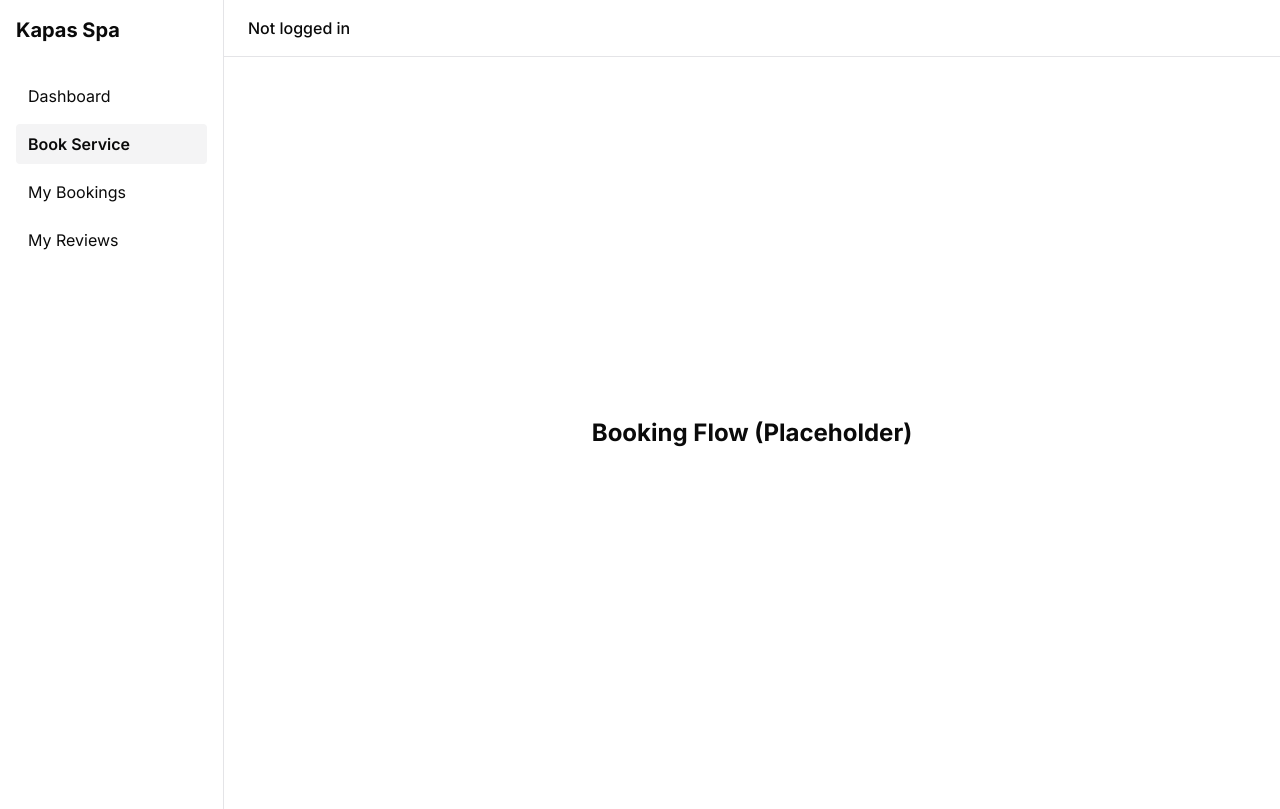
Repository: unatesta175/NextJS-with-OAuth2.0
Page: /booking
An editor plug-in stored every save of this project. The page is shown before and after the next save, followed by the edit.
The browser window is 1280 px wide. The pictures show the whole page.
The project was rebuilt for these pictures with package versions that can differ from the ones it lists, and the page was loaded fresh each time. The framework's server and built-in components were replaced by stand-ins that run in the browser. Also part of the build but not shown: next.config.ts.

Above is the page before, as saved 2025-09-23 04:26:59.

After the next save:
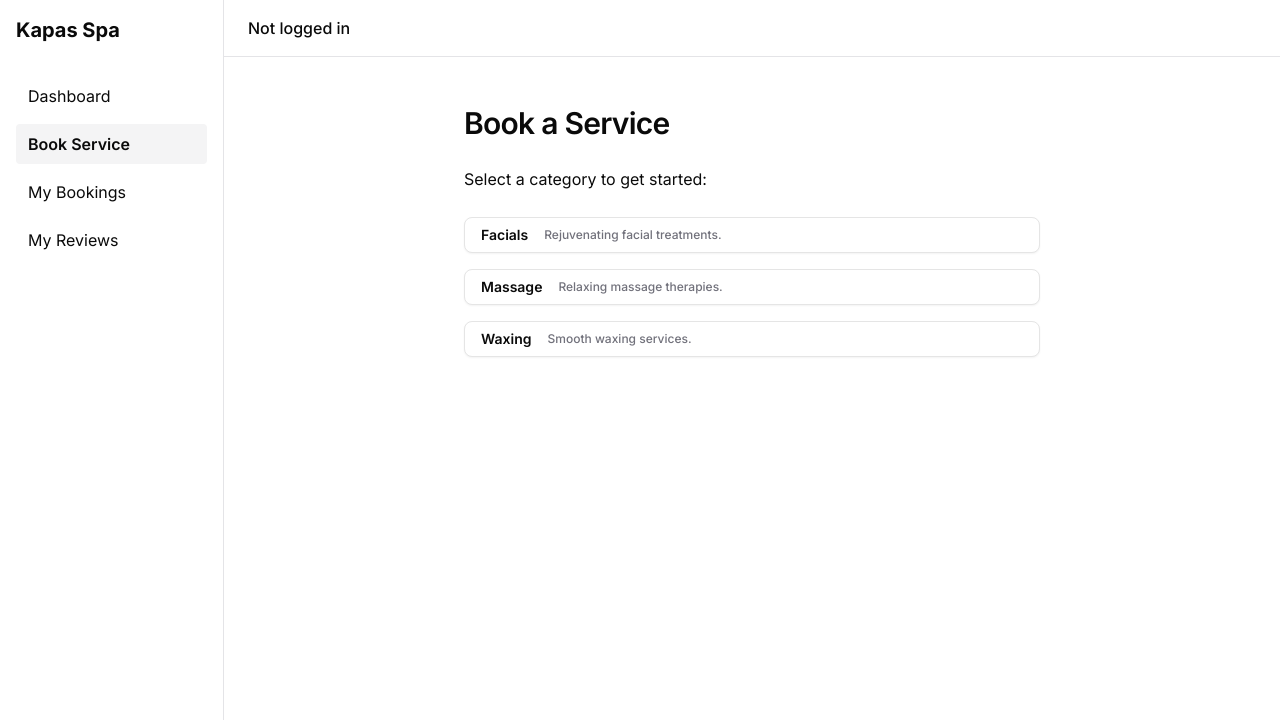
Saved 9 s later.
--- a/app/booking/page.tsx
+++ b/app/booking/page.tsx
@@ -1,7 +1,46 @@
+"use client";
+import { useState } from "react";
+import { useQuery } from "@tanstack/react-query";
+import { Button } from "@components/ui/button";
+import { TypographyH2, TypographyP } from "@components/ui/typography";
+
+// Dummy categories (replace with API call later)
+const fetchCategories = async () => [
+  { id: 1, name: "Facials", description: "Rejuvenating facial treatments." },
+  { id: 2, name: "Massage", description: "Relaxing massage therapies." },
+  { id: 3, name: "Waxing", description: "Smooth waxing services." },
+];
+
 export default function BookingPage() {
+  const [selected, setSelected] = useState<number | null>(null);
+  const { data: categories, isLoading } = useQuery({
+    queryKey: ["categories"],
+    queryFn: fetchCategories,
+  });
+
   return (
-    <div className="flex flex-col items-center justify-center min-h-screen">
-      <h1 className="text-2xl font-bold">Booking Flow (Placeholder)</h1>
+    <div className="max-w-xl mx-auto py-8">
+      <TypographyH2>Book a Service</TypographyH2>
+      <TypographyP>Select a category to get started:</TypographyP>
+      <div className="grid gap-4 mt-6">
+        {isLoading && <div>Loading...</div>}
+        {categories && categories.map((cat) => (
+          <Button
+            key={cat.id}
+            variant={selected === cat.id ? "default" : "outline"}
+            className="justify-start"
+            onClick={() => setSelected(cat.id)}
+          >
+            <span className="font-semibold mr-2">{cat.name}</span>
+            <span className="text-xs text-zinc-500">{cat.description}</span>
+          </Button>
+        ))}
+      </div>
+      {selected && (
+        <div className="mt-8">
+          <TypographyP>Next: Show services for selected category (ID: {selected})</TypographyP>
+        </div>
+      )}
     </div>
   );
 }
